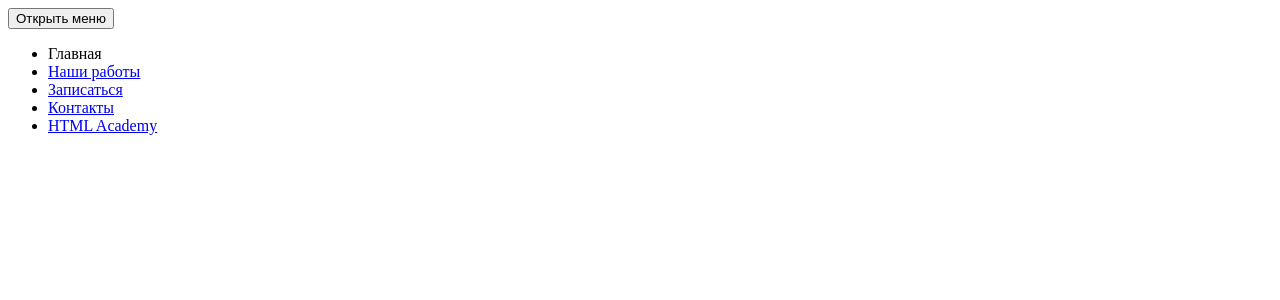
Repository: igorkrs/1076625-sedona-17
Page: source/index.html
These files come from the project's save history. The page is drawn as it stood at one moment and after the next save; the edit follows.
The browser window is 1280 px wide. The pictures show the whole page.

Above is the page before, as saved 2019-07-29 17:55:53.

After the next save:
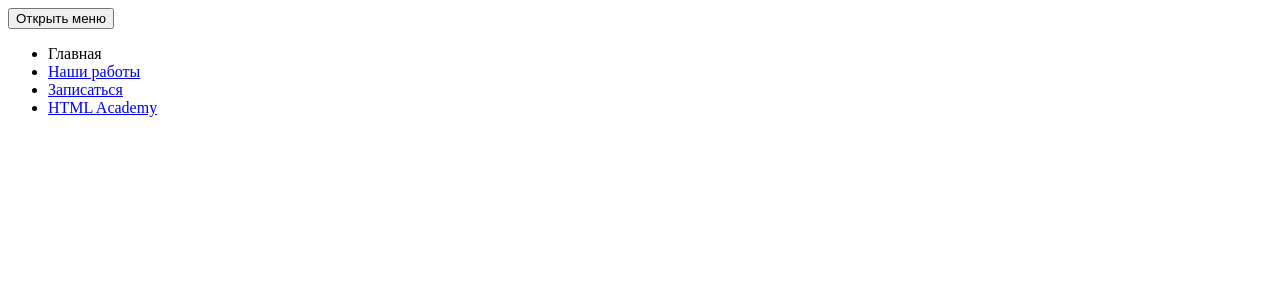
Saved 17 s later.
--- a/source/index.html
+++ b/source/index.html
@@ -22,9 +22,6 @@
             <a href="form.html">Записаться</a>
           </li>
           <li class="site-list__item">
-            <a href="#">Контакты</a>
-          </li>
-          <li class="site-list__item">
             <a href="#">HTML Academy</a>
           </li>
         </ul>
